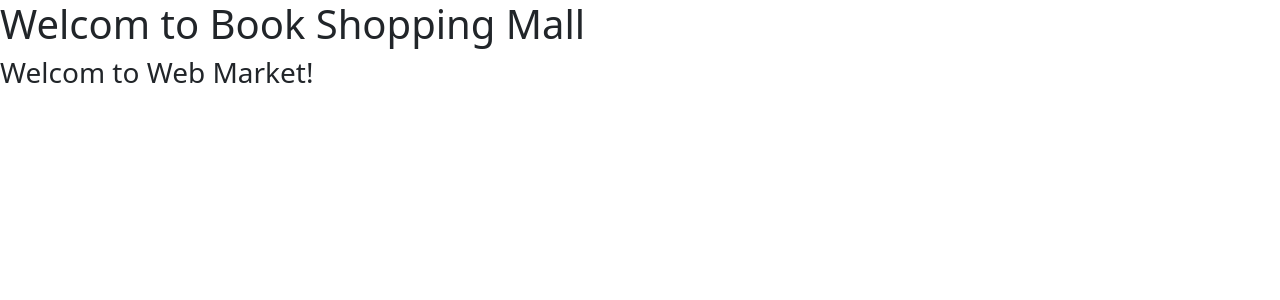
Repository: SJM7301/KH-JSP
Page: http://localhost/JSPBook/welcome.jsp
An editor plug-in stored every save of this project. The page is shown before and after the next save, followed by the edit.
The browser window is 1280 px wide. The pictures show the whole page.
The page is served by Tomcat 10. Nobody is signed in. The application's start-up code is not run.

Above is the page before, as saved 2025-01-31 06:45:51.

After the next save:
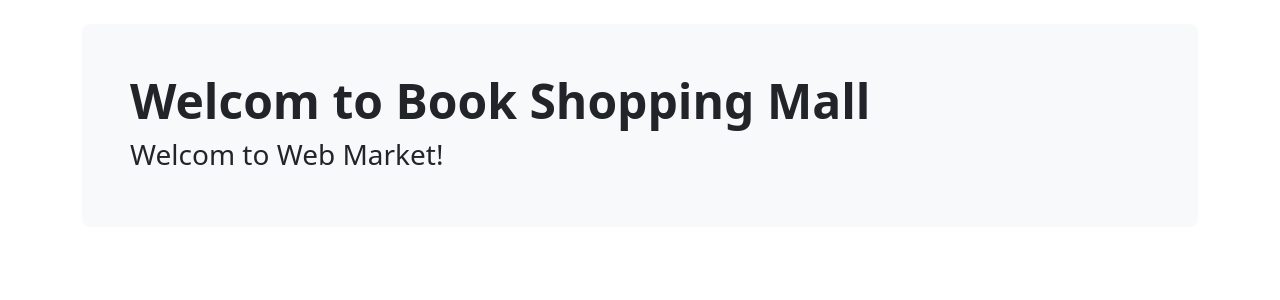
Saved 22 min 20 s later.
--- a/JSPBook/src/main/webapp/welcome.jsp
+++ b/JSPBook/src/main/webapp/welcome.jsp
@@ -11,10 +11,20 @@
 	rel="stylesheet">
 </head>
 <body>
-	<%!String greeting = "Welcom to Book Shopping Mall";
-	String tagline = "Welcom to Web Market!";%>
 
-	<h1><%=greeting%></h1>
-	<h3><%=tagline%></h3>
+
+	<div class = "container py-4">
+		<%!
+			String greeting = "Welcom to Book Shopping Mall";
+			String tagline = "Welcom to Web Market!";
+		%>
+
+		<div class = "p-5 mb-4 bg-body-tertiary rounded-3">
+			<div>
+				<h1 class="display-5 fw-bold"><%=greeting%></h1>
+				<h3><%=tagline%></h3>
+			</div>
+		</div>
+	</div>
 </body>
 </html>
